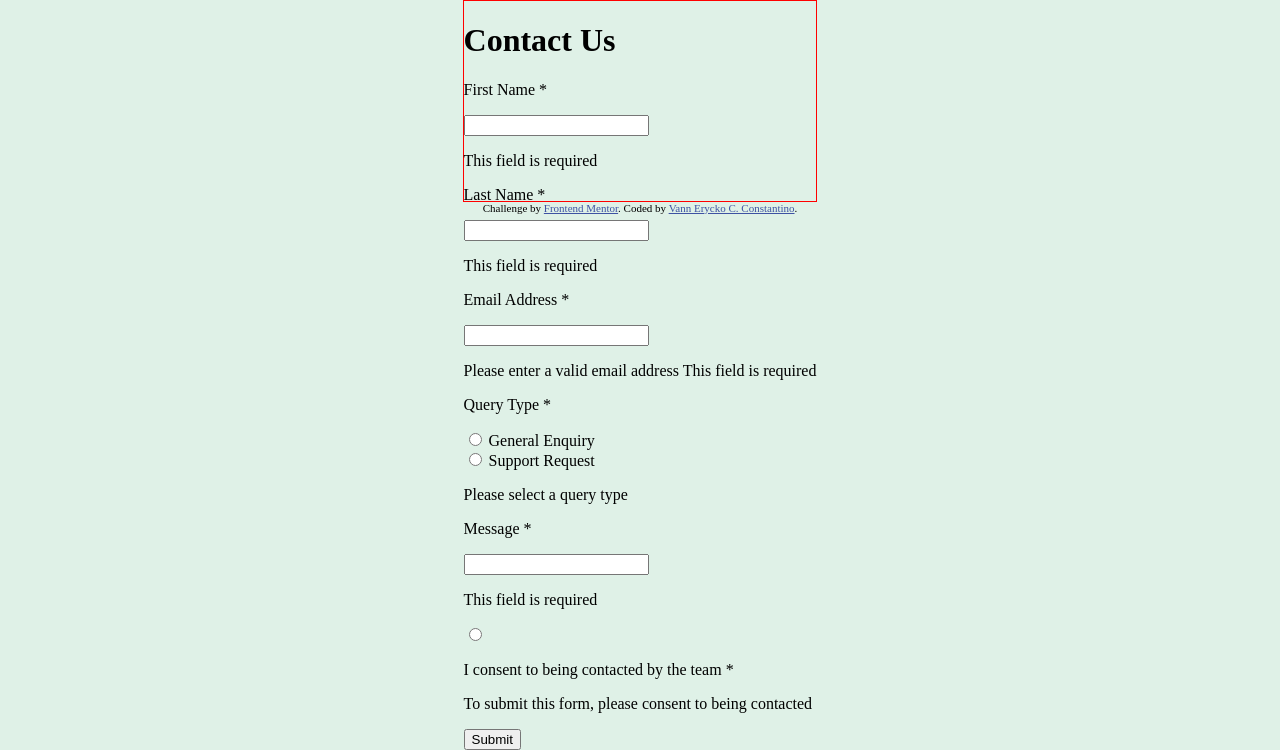
Repository: kocokoy/contact-form
Page: contact-form-main/index.html
An editor plug-in stored every save of this project. The page is shown before and after a run of saves, followed by the edit.
The browser window is 1280 px wide. The pictures show the whole page.

Above is the page before, as saved 2024-10-24 08:47:37.

### contact-form-main/index.html
<!DOCTYPE html>
<html lang="en">
<head>
  <meta charset="UTF-8">
  <meta name="viewport" content="width=device-width, initial-scale=1.0"> <!-- displays site properly based on user's device -->

  <link rel="icon" type="image/png" sizes="32x32" href="./assets/images/favicon-32x32.png">
  <link rel="stylesheet" href="/contact-form-main/styles/style.css">

  <title>Frontend Mentor | Contact form</title>

  <!-- Feel free to remove these styles or customise in your own stylesheet 👍 -->
  <style>
    .attribution { font-size: 11px; text-align: center; }
    .attribution a { color: hsl(228, 45%, 44%); }
  </style>
</head>
<body>
  <div class="container">
    <div class="contact-form-card">
      <h1 class="contact-us-header">
        Contact Us
      </h1>
      <div class="name-section">
        <div class="first-name-section">
          <p>
            First Name
            <span>*</span>
          </p>
          <input type="text" name="" id="">
          <p>
            This field is required
          </p>
        </div>
        <div class="last-name-section">
          <p>
            Last Name
            <span>*</span>
          </p>
          <input type="text" name="" id="">
          <p>
            This field is required
          </p>
        </div>
      </div>
      <div class="email-section">
        <p>Email Address  <span>*</span></p>
        <input type="text">
        <p>Please enter a valid email address
          This field is required</p>
      </div>
      <div class="query-type-section">
        <p>Query Type  <span>*</span></p>
        <div class="radio-query-type-section">
          <div>
            <input type="radio">
            General Enquiry
          </div>
          <div>
            <input type="radio">
            Support Request
          </div>
        </div>
        <p>Please select a query type</p>
      </div>
      <div class="message-section">
        <p>Message  <span>*</span></p>
        <input type="text">
        <p>This field is required</p>
      </div>
      <div class="consent-section">
        <div>
          <input type="radio">
          <p>I consent to being contacted by the team  <span>*</span></p>
        </div>
        <p> To submit this form, please consent to being contacted</p>
      </div>
      <div class="submit-btn-section">
        <button>
          Submit</button>
      </div>
    </div>
  </div>




  <!-- Message Sent!
  Thanks for completing the form. We'll be in touch soon! -->

  <div class="attribution">
    Challenge by <a href="https://www.frontendmentor.io?ref=challenge">Frontend Mentor</a>.
    Coded by <a href="#">Vann Erycko C. Constantino</a>.
  </div>
</body>
</html>

### contact-form-main/styles/style.css
:root{
  /* Primary */
  --Green200: hsl(148, 38%, 91%);
  --Green600: hsl(169, 82%, 27%);
  --Red:hsl(0, 66%, 54%);

  --White: hsl(0, 0%, 100%);
  --Grey500: hsl(186, 15%, 59%);
  --Grey900: hsl(187, 24%, 22%);
}

body{
  padding: 0;
  margin: 0;
  background-color: var(--Green200);
}

.container{
  display: flex;
  align-items: center;
  justify-content: center;
}

.contact-form-card{
  border: 1px solid red;
  height: 200px;
}

After the next 2 saves:
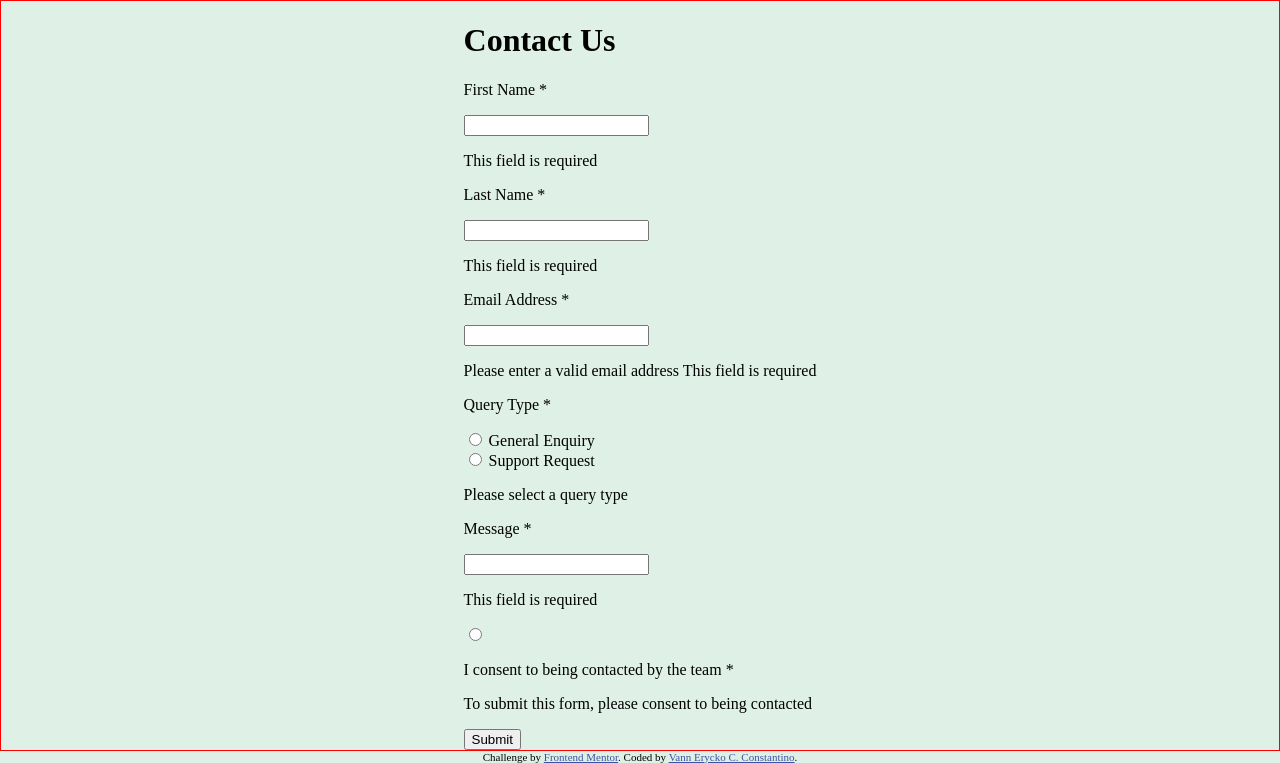
The 2 saves are shown as one change because they came seconds apart.
The last was saved 17 s later.
--- a/contact-form-main/styles/style.css
+++ b/contact-form-main/styles/style.css
@@ -19,9 +19,10 @@
   display: flex;
   align-items: center;
   justify-content: center;
+  border: 1px solid red;
 }
 
-.contact-form-card{
-  border: 1px solid red;
+/* .contact-form-card{
+
   height: 200px;
-}
+} */

After the save that followed:
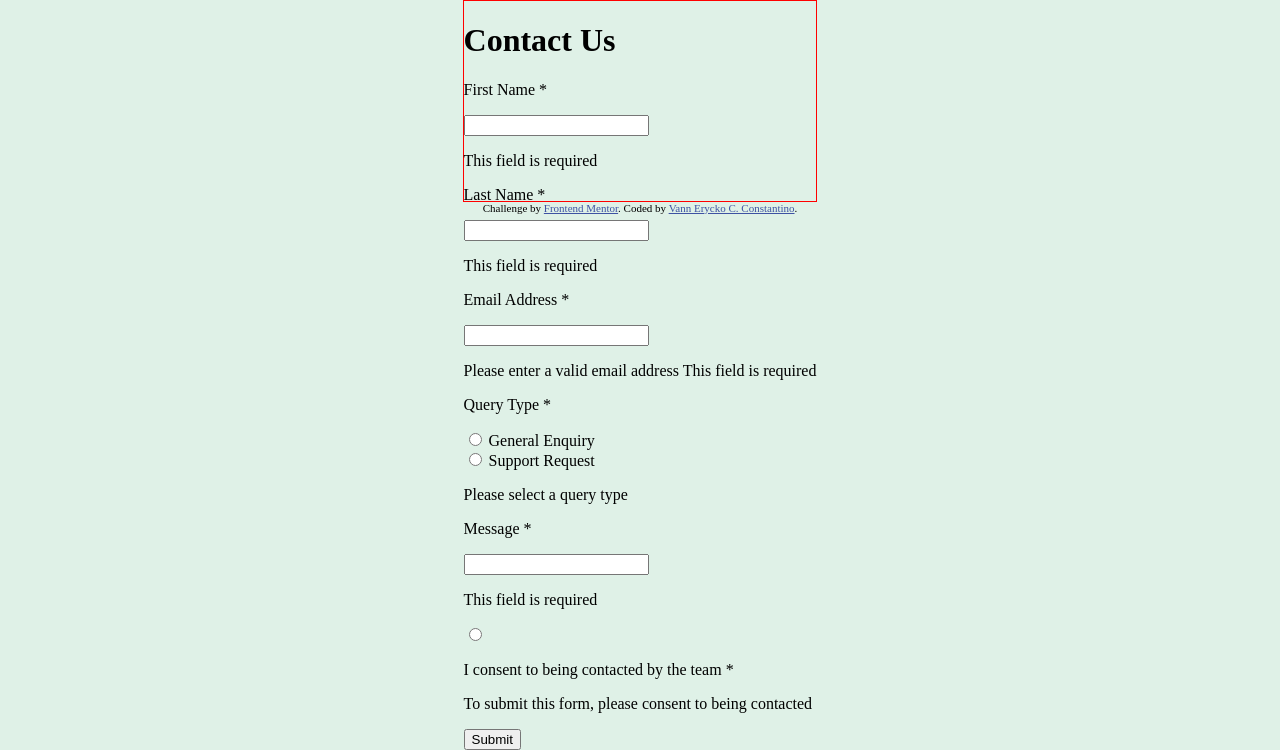
Saved 10 s later.
--- a/contact-form-main/styles/style.css
+++ b/contact-form-main/styles/style.css
@@ -19,10 +19,9 @@
   display: flex;
   align-items: center;
   justify-content: center;
-  border: 1px solid red;
 }
 
-/* .contact-form-card{
-
+.contact-form-card{
+  border: 1px solid red;
   height: 200px;
-} */
+}
